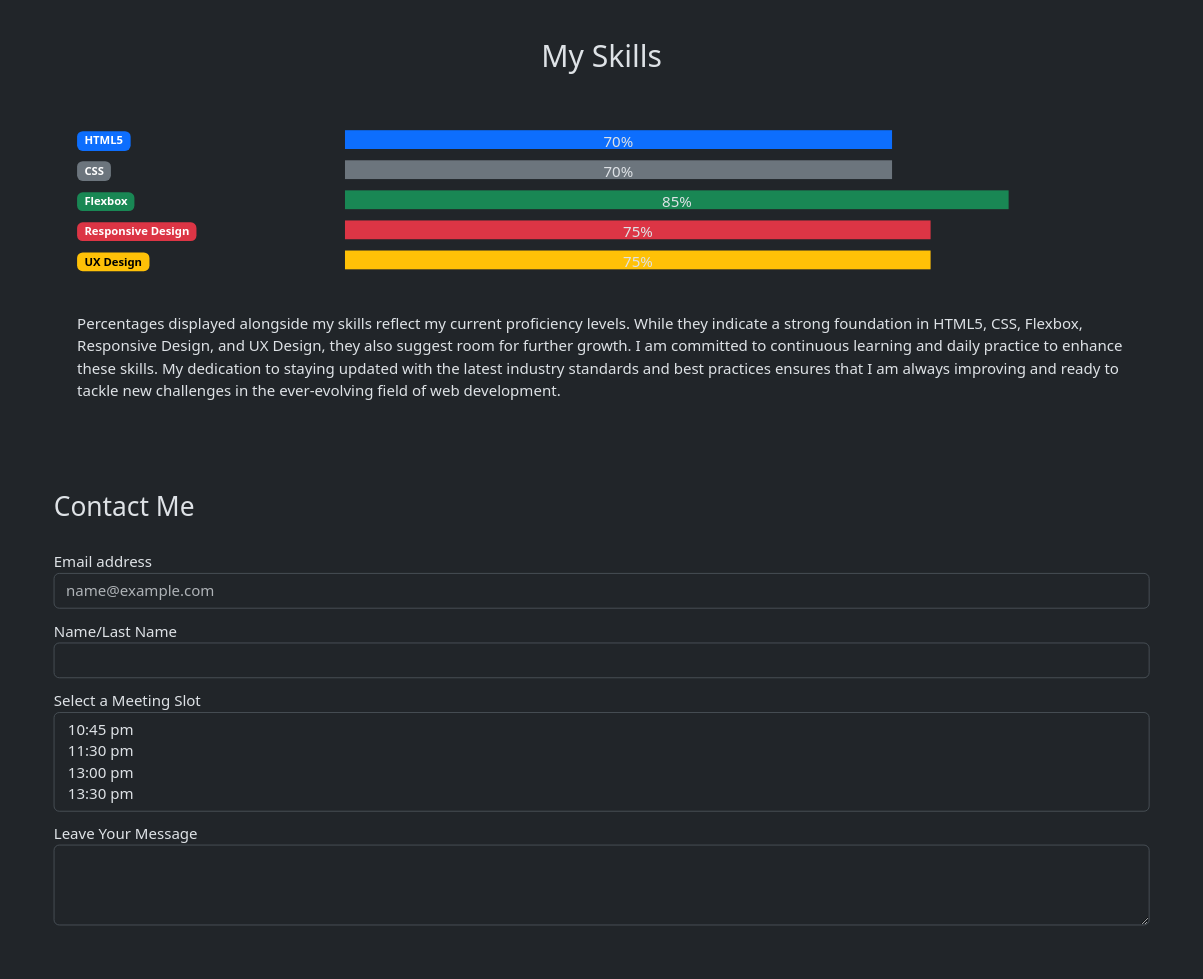
Repository: uvee35/Bootstrap-Portfolio
Page: index.html
These files come from the project's save history. The page is drawn as it stood at one moment and after the next save; the edit follows.
The browser window is 1280 px wide. The pictures show the part of the page from y = 1092 to 2136 px (the page is 2134 px tall before and 2136 px after), at 94% of full size.
A picture or video elsewhere on the page could not be fetched, so the positions and the page height are approximate.

Above is the page before, as saved 2023-12-18 20:29:43.

### index.html
<!DOCTYPE html>
<html lang="en" data-bs-theme="dark">
  <head>
    <meta charset="utf-8" />
    <meta name="viewport" content="width=device-width, initial-scale=1" />
    <title>Bootstrap demo</title>
    <link
      href="https://cdn.jsdelivr.net/npm/bootstrap@5.3.2/dist/css/bootstrap.min.css"
      rel="stylesheet"
      integrity="sha384-T3c6CoIi6uLrA9TneNEoa7RxnatzjcDSCmG1MXxSR1GAsXEV/Dwwykc2MPK8M2HN"
      crossorigin="anonymous"
    />
    <link rel="stylesheet" href="./css/style.css" />
    <link
      rel="stylesheet"
      href="https://cdnjs.cloudflare.com/ajax/libs/font-awesome/5.15.4/css/all.min.css"
    />
  </head>
  <body>
    <!-- Navbar -->
    <nav class="navbar navbar-expand-lg navbar-light bg-dark">
      <div class="container-fluid">
        <!-- Brand/logo -->
        <a class="navbar-brand" href="#home">Victor Marques</a>
        <i class="fab fa-html5"></i>

        <!-- Toggle button for small screens -->
        <button
          class="navbar-toggler"
          type="button"
          data-bs-toggle="collapse"
          data-bs-target="#navbarNavAltMarkup"
          aria-controls="navbarNavAltMarkup"
          aria-expanded="false"
          aria-label="Toggle navigation"
        >
          <span class="navbar-toggler-icon"></span>
        </button>

        <!-- Navbar links -->
        <div
          class="collapse navbar-collapse justify-content-end"
          id="navbarNavAltMarkup"
        >
          <div class="navbar-nav">
            <a class="nav-link" href="#about-me">About Me</a>
            <a class="nav-link" href="#work">Work</a>
            <a class="nav-link" href="#work">Skills</a>
            <a class="nav-link" href="#contact">Contact</a>
          </div>
        </div>
      </div>
    </nav>

    <!-- Hero Section -->
    <section class="hero-section bg-dark text-center py-5" id="hero">
      <div class="container">
        <img
          src="./css/images/victor.JPG"
          alt="Your Name"
          class="rounded-circle mb-3"
          style="width: 150px; height: 150px"
        />
        <h1 class="display-4">Victor Marques</h1>
        <p class="lead">Front-end Developer | Creative Designer</p>
        <p>
          Welcome to my professional portfolio. Here you can find a showcase of
          my work, projects I've contributed to, and the skills I bring to the
          table.
        </p>
      </div>
      <button type="button" class="btn btn-primary btn-lg">Let's Talk</button>
      <button type="button" class="btn btn-secondary btn-lg">My Skills</button>
    </section>

    <!-- Cards -->
    <div class="container-fluid" id="work">
      <div class="row">
        <h1 class="col-12" id="work-text">My Portfolio</h1>
        <!-- Card 1 -->
        <div class="cardContainer col-lg-3 col-md-3 col-sm-6 padding-top">
          <div class="card">
            <img
              src="./css/images/card1photo.png"
              class="card-img-top"
              alt="..."
            />
            <div class="card-body">
              <h4 class="card-title">Horiseon Website</h4>
              <p class="card-text">
                Horiseon is a website crafted with HTML and CSS, focusing on
                accessibility and search engine optimization...
              </p>
              <a
                href="https://uvee35.github.io/Victor-Module1Challenge/"
                class="btn btn-primary"
                >See Live Demo</a
              >
            </div>
          </div>
        </div>
        <!-- End card 1 -->

        <!-- Card 2 -->
        <div class="cardContainer col-lg-3 col-md-3 col-sm-6">
          <div class="card">
            <img src="./css/images/card2.png" class="card-img-top" alt="..." />
            <div class="card-body">
              <h4 class="card-title">Portfolio</h4>
              <p class="card-text">
                This portfolio website, built using HTML, CSS, and Flexbox,
                features a modern and responsive design...
              </p>
              <a
                href="https://uvee35.github.io/Challenge2-Victor/."
                class="btn btn-primary"
                >See Live Demo</a
              >
            </div>
          </div>
        </div>
        <!-- End card 2 -->

        <!-- Card 3 -->
        <div class="cardContainer col-lg-3 col-md-3 col-sm-6">
          <div class="card">
            <img src="./css/images/card3.png" class="card-img-top" alt="..." />
            <div class="card-body">
              <h4 class="card-title">NiceAdmin</h4>
              <p class="card-text">
                NiceAdmin is a website designed using HTML, CSS, and Bootstrap,
                offering a user-friendly admin and dashboard interface...
              </p>
              <a
                href="https://bootstrapmade.com/demo/NiceAdmin/"
                class="btn btn-primary"
                >See Live Demo</a
              >
            </div>
          </div>
        </div>
        <!-- End card 3 -->
        <!-- Card 4 -->
        <div class="cardContainer col-lg-3 col-md-3 col-sm-6">
          <div class="card">
            <img src="./css/images/card4.png" class="card-img-top" alt="..." />
            <div class="card-body">
              <h4 class="card-title">EstateAgency</h4>
              <p class="card-text">
                EstateAgency is a sleek, Bootstrap-based real estate website
                template, ideal for agencies and realtors...
              </p>
              <a
                href="https://bootstrapmade.com/demo/EstateAgency/"
                class="btn btn-primary"
                >See Live Demo</a
              >
            </div>
          </div>
        </div>
        <!-- End card 4 -->
      </div>
    </div>
    <!-- End cards -->

    <!-- Skills Section -->

    <div class="container-fluid" id="Skills">
      <div class="row mb-4">
        <h2 class="col-12" style="text-align: center; padding-top: 20px">
          My Skills
        </h2>
      </div>

      <div class="container">
        <div class="row align-items-center mb-2">
          <div class="col-md-3">
            <span class="badge text-bg-primary">HTML5</span>
          </div>
          <div class="col-md-9">
            <div
              class="bg-primary"
              style="width: 70%; height: 20px; text-align: center"
            >
              70%
            </div>
          </div>
        </div>
        <div class="row align-items-center mb-2">
          <div class="col-md-3">
            <span class="badge text-bg-secondary">CSS</span>
          </div>
          <div class="col-md-9">
            <div
              class="bg-secondary"
              style="width: 70%; height: 20px; text-align: center"
            >
              70%
            </div>
          </div>
        </div>
        <div class="row align-items-center mb-2">
          <div class="col-md-3">
            <span class="badge text-bg-success">Flexbox</span>
          </div>
          <div class="col-md-9">
            <div
              class="bg-success"
              style="width: 85%; height: 20px; text-align: center"
            >
              85%
            </div>
          </div>
        </div>
        <div class="row align-items-center mb-2">
          <div class="col-md-3">
            <span class="badge text-bg-danger">Responsive Design</span>
          </div>
          <div class="col-md-9">
            <div
              class="bg-danger"
              style="width: 75%; height: 20px; text-align: center"
            >
              75%
            </div>
          </div>
        </div>
        <div class="row align-items-center mb-2">
          <div class="col-md-3">
            <span class="badge text-bg-warning">UX Design</span>
          </div>
          <div class="col-md-9">
            <div
              class="bg-warning"
              style="width: 75%; height: 20px; text-align: center"
            >
              75%
            </div>
          </div>
        </div>

        <p style="padding-top: 35px">
          Percentages displayed alongside my skills reflect my current
          proficiency levels. While they indicate a strong foundation in HTML5,
          CSS, Flexbox, Responsive Design, and UX Design, they also suggest room
          for further growth. I am committed to continuous learning and daily
          practice to enhance these skills. My dedication to staying updated
          with the latest industry standards and best practices ensures that I
          am always improving and ready to tackle new challenges in the
          ever-evolving field of web development.
        </p>
      </div>
    </div>

    <!-- Contact Me -->
    <div class="container-fluid" id="contact-me">

    <form style="padding: 3%" style="display: flex; justify-content: center">
      <h3>Contact Me</h3>
      <div class="form-group" style="padding-top: 2%">
        <label for="exampleFormControlInput1">Email address</label>
        <input
          type="email"
          class="form-control"
          id="exampleFormControlInput1"
          placeholder="name@example.com"
        />
      </div>
      <div class="form-group" style="margin-top: 1%">
        <label for="exampleFormControlInput1">Name/Last Name</label>
        <input type="text" class="form-control" id="description" />
      </div>
      <div class="form-group" style="margin-top: 1%">
        <label for="exampleFormControlSelect2">Select a Meeting Slot</label>
        <select multiple class="form-control" id="exampleFormControlSelect2">
          <option>10:45 pm</option>
          <option>11:30 pm</option>
          <option>13:00 pm</option>
          <option>13:30 pm</option>
        </select>
      </div>
      <div class="form-group" style="margin-top: 1%">
        <label for="exampleFormControlTextarea1">Leave Your Message</label>
        <textarea
          class="form-control"
          id="exampleFormControlTextarea1"
          rows="3"
        ></textarea>
      </div>
    </div>
    </form>

    <script
      src="https://cdn.jsdelivr.net/npm/bootstrap@5.3.2/dist/js/bootstrap.bundle.min.js"
      integrity="sha384-C6RzsynM9kWDrMNeT87bh95OGNyZPhcTNXj1NW7RuBCsyN/o0jlpcV8Qyq46cDfL"
      crossorigin="anonymous"
    ></script>
  </body>
</html>

### css/style.css
.hero-section {
    background-color: #121212; /* Dark background color */
    color: #ffffff; /* White text color for contrast */
    position: relative; /* Position relative for absolute positioning of buttons */
    z-index: 1; /* Ensure the layering is correct */
  }


  .hero-buttons {
    position: absolute;
    bottom: 20px;
    left: 50%;
    transform: translateX(-50%); /* Center the buttons */
    z-index: 2; /* Above the background image */
  }

  /* If you have a specific background image you want to use */
  .hero-section {
    background-image: url('./images/planet-1702788_1920.jpg');
    background-size: cover;
    background-position: center;
  }

  #Skills {
    border: 1px solid none;
    border-radius: 5px;
    padding: 20px;
  }

  #work{
    border: 1px solid none;
    border-radius: 5px;
    padding: 20px;
  }

.col-12{
text-align: center;
 padding-top: 5px;
 padding-bottom: 2%;
}

#contact-me{
  border: 1px solid none;
    border-radius: 5px;
    padding: 20px;
}

After the next save:
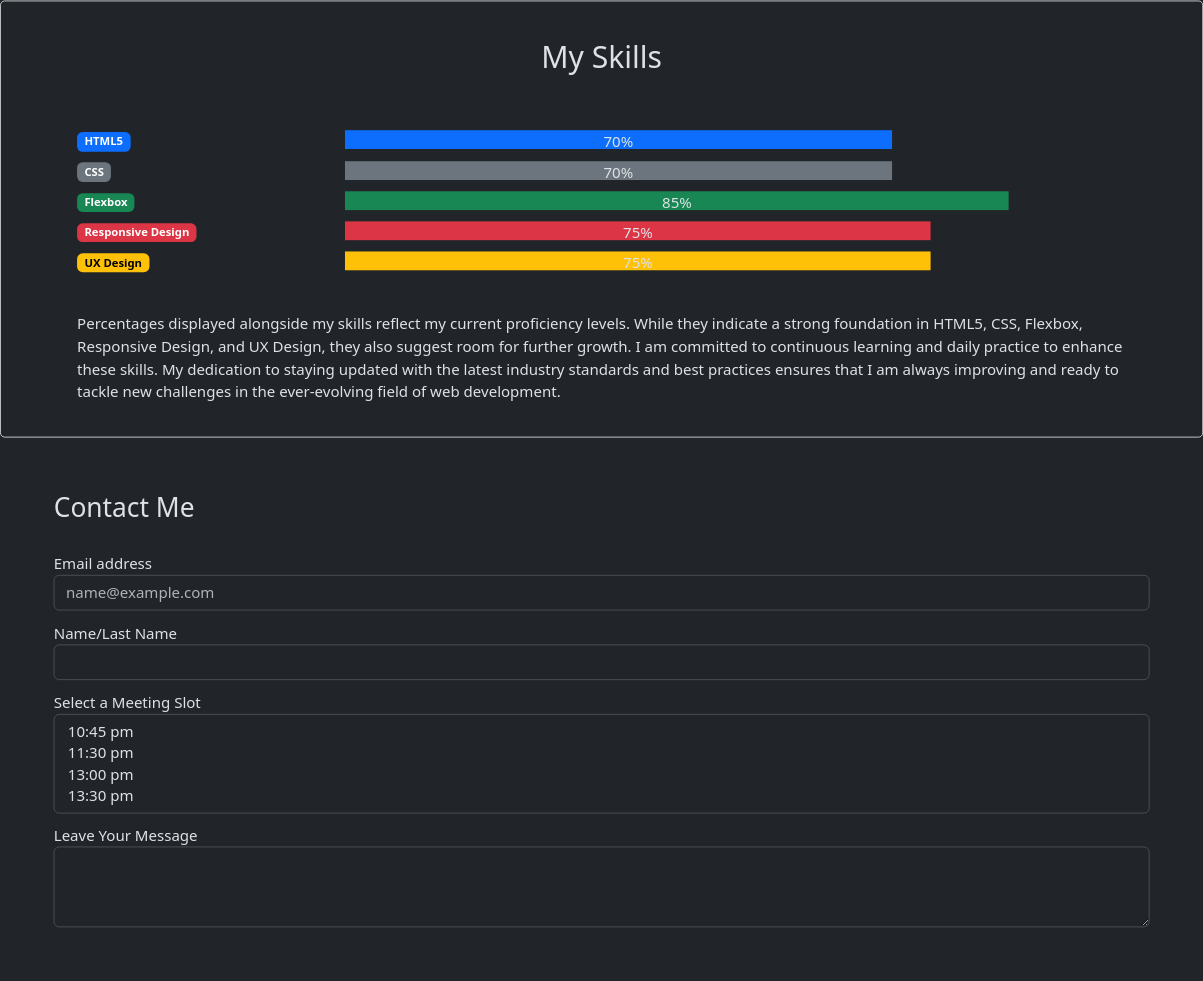
Saved 6 s later.
--- a/css/style.css
+++ b/css/style.css
@@ -22,7 +22,7 @@
   }
 
   #Skills {
-    border: 1px solid none;
+    border: 1px solid #ccc;
     border-radius: 5px;
     padding: 20px;
   }
